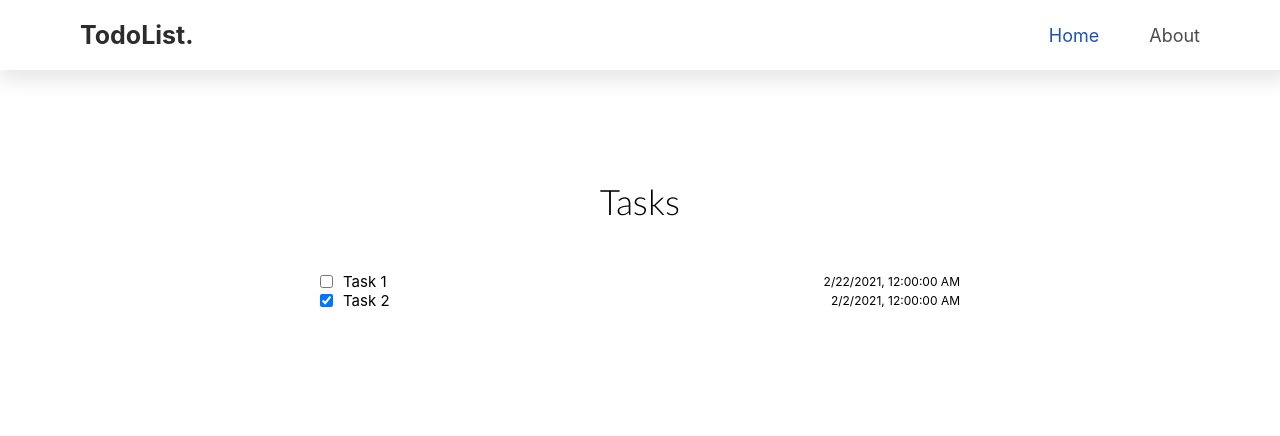
Repository: dqhuy153/react-todoList
Page: /
These files come from the project's save history. The page is drawn as it stood at one moment and after the next save; the edit follows.
The browser window is 1280 px wide. The pictures show the whole page.
The project was rebuilt for these pictures with package versions that can differ from the ones it lists, and the page was loaded fresh each time. Also part of the build but not shown: src/components/UI/LoadingSpinner.module.scss.

Above is the page before, as saved 2021-09-16 20:45:30.

### src/App.js
import React, { Suspense } from 'react';
import { Switch, Route } from 'react-router-dom';

import './App.css';
import Layout from './components/layout/Layout';
import LoadingSpinner from './components/UI/LoadingSpinner';

const Home = React.lazy(() => import('./components/pages/Home'));
const About = React.lazy(() => import('./components/pages/About'));

function App() {
  return (
    <Layout>
      <Suspense
        fallback={
          <div className="centered">
            <LoadingSpinner />
          </div>
        }
      >
        <Switch>
          <Route path="/" exact>
            <Home />
          </Route>
          <Route path="/about">
            <About />
          </Route>
          {/* <Route path="/products" exact>
          <Products />
        </Route>
        <Route path="/products/:productId">
          <ProductDetail />
        </Route> */}
        </Switch>
      </Suspense>
    </Layout>
  );
}

export default App;

### src/App.css
@import url('https://fonts.googleapis.com/css2?family=Lato:ital,wght@0,100;0,300;0,400;0,700;0,900;1,100;1,300;1,400;1,700;1,900&display=swap');

* {
  box-sizing: border-box;
  font-size: 62.5%;
  padding: 0;
  margin: 0;
}

.centered {
  margin: 3rem auto;
  text-align: center;
  display: flex;
  justify-content: center;
  align-items: center;
}

### src/components/layout/Layout.js
import React, { Fragment } from 'react';
import AppNavigation from './AppNavigation';

import styles from './Layout.module.scss';

export default function Layout(props) {
  return (
    <Fragment>
      <AppNavigation logoTitle="TodoList." />
      <main className={styles.main}>{props.children}</main>
    </Fragment>
  );
}

### src/components/UI/LoadingSpinner.js
import styles from './LoadingSpinner.module.scss';

const LoadingSpinner = () => {
  return <div className={styles.spinner}></div>;
};

export default LoadingSpinner;

### src/components/pages/Home.js
import TodoList from '../todos/TodoList';

import styles from './Home.module.scss';

const todoList = [
  {
    id: 1,
    title: 'Task 1',
    date: new Date('2/22/2021'),
    completed: false,
  },
  {
    id: 2,
    title: 'Task 2',
    date: new Date('2/2/2021'),
    completed: true,
  },
];

export default function Home(props) {
  const handleStatusChange = (id) => {
    const todoIndex = todoList.findIndex((i) => i.id === id);
    todoList[todoIndex].status = !todoList[todoIndex].status;
  };

  return (
    <div className={styles.container}>
      <h1>Tasks</h1>
      <TodoList items={todoList} onStatusChange={handleStatusChange} />
    </div>
  );
}

### src/components/layout/AppNavigation.js
import React from 'react';
import { NavLink } from 'react-router-dom';

import styles from './AppNavigation.module.scss';

export default function AppNavigation({ logoTitle = 'Demo.', ...props }) {
  return (
    <header className={styles.header}>
      <div className={styles.logo}>{logoTitle}</div>
      <nav>
        <ul>
          <li>
            <NavLink to="/" exact activeClassName={styles.active}>
              Home
            </NavLink>
          </li>
          <li>
            <NavLink to="/about" activeClassName={styles.active}>
              About
            </NavLink>
          </li>
        </ul>
      </nav>
    </header>
  );
}

### src/components/todos/TodoList.js
import React from 'react';
import TodoItem from './TodoItem';

import styles from './TodoList.module.scss';

export default function TodoList({ items, onStatusChange, ...props }) {
  return (
    <ul className={styles.container}>
      {items.map((item) => (
        <li key={item.id}>
          <TodoItem
            id={item.id}
            title={item.title}
            date={item.date}
            status={item.completed}
            onStatusChange={onStatusChange}
          />
        </li>
      ))}
    </ul>
  );
}

### src/components/pages/Home.module.scss
.container {
  padding: 18rem 0;

  h1 {
    text-align: center;
    font-family: 'Lato', sans-serif;
    font-weight: 300;
    font-size: 3.5rem;
  }
}

### src/components/layout/AppNavigation.module.scss
.header {
  width: 100%;
  height: 7rem;
  display: flex;
  align-items: center;
  justify-content: space-between;
  background-color: #ffffff;
  padding: 0 8rem;
  box-shadow: 5px 5px 20px 5px rgba(0, 0, 0, 0.1);
  position: fixed;
}

.logo {
  font-size: 2.5rem;
  color: rgb(44, 44, 44);
  font-weight: bold;
}

.header ul {
  list-style: none;
  margin: 0;
  padding: 0;
  display: flex;
  align-items: baseline;
}

.header li {
  margin-left: 5rem;
}

.header a {
  text-decoration: none;
  font-size: 1.8rem;
  color: #4b4b4b;
}

.header a:hover,
.header a:active,
.header a.active {
  color: rgb(28, 83, 184);
}

### src/components/todos/TodoItem.js
import React, { useState } from 'react';

import styles from './TodoItem.module.scss';

export default function TodoItem({
  id,
  title,
  date,
  status,
  onStatusChange,
  ...props
}) {
  const [checked, setChecked] = useState(status);

  const handleChange = (e) => {
    setChecked(e.target.checked);
    onStatusChange(id);
  };

  return (
    <div className={styles.container}>
      <div className={styles.task}>
        <input type="checkbox" checked={checked} onChange={handleChange} />
        <p>{title}</p>
      </div>
      <p className={styles.date}>{date.toLocaleString()}</p>
    </div>
  );
}

### src/components/todos/TodoList.module.scss
.container {
  text-align: center;
  width: 50%;
  margin: 5rem auto;
  list-style: none;
}

### src/components/todos/TodoItem.module.scss
.container {
  display: flex;
  align-items: center;
  justify-content: space-between;
}

.task {
  display: flex;
  align-items: center;

  p {
    margin-left: 1rem;
    font-size: 1.5rem;
  }
}

.date {
  font-size: 1.2rem;
}

Loaded but not shown: public/index.html (common file); src/index.js (common file); src/index.css (common file); src/reportWebVitals.js (common file); src/components/layout/Layout.module.scss (no stored copy; drawn as an empty file)

After the next save:
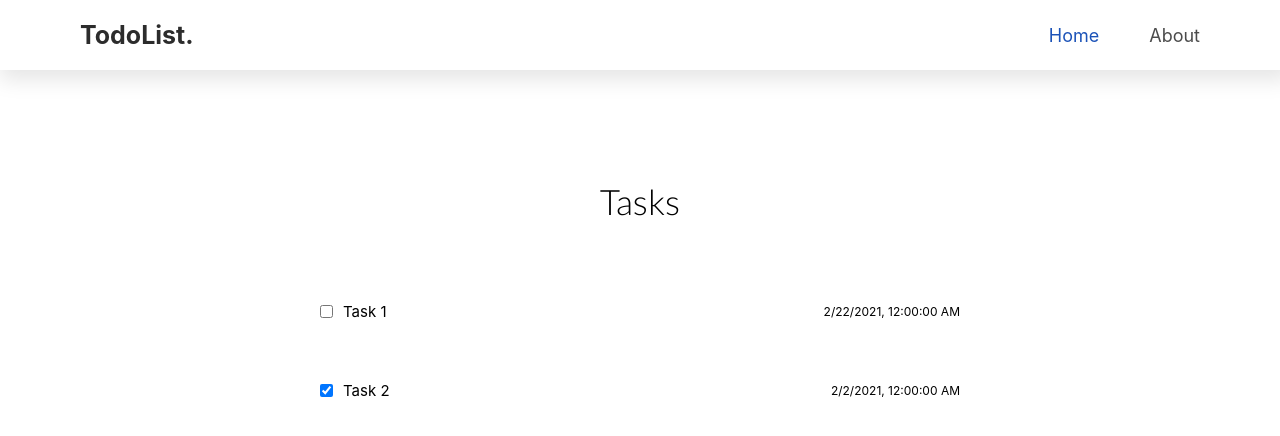
Saved 27 s later.
--- a/src/components/todos/TodoItem.module.scss
+++ b/src/components/todos/TodoItem.module.scss
@@ -2,6 +2,7 @@
   display: flex;
   align-items: center;
   justify-content: space-between;
+  padding: 3rem 0;
 }
 
 .task {
